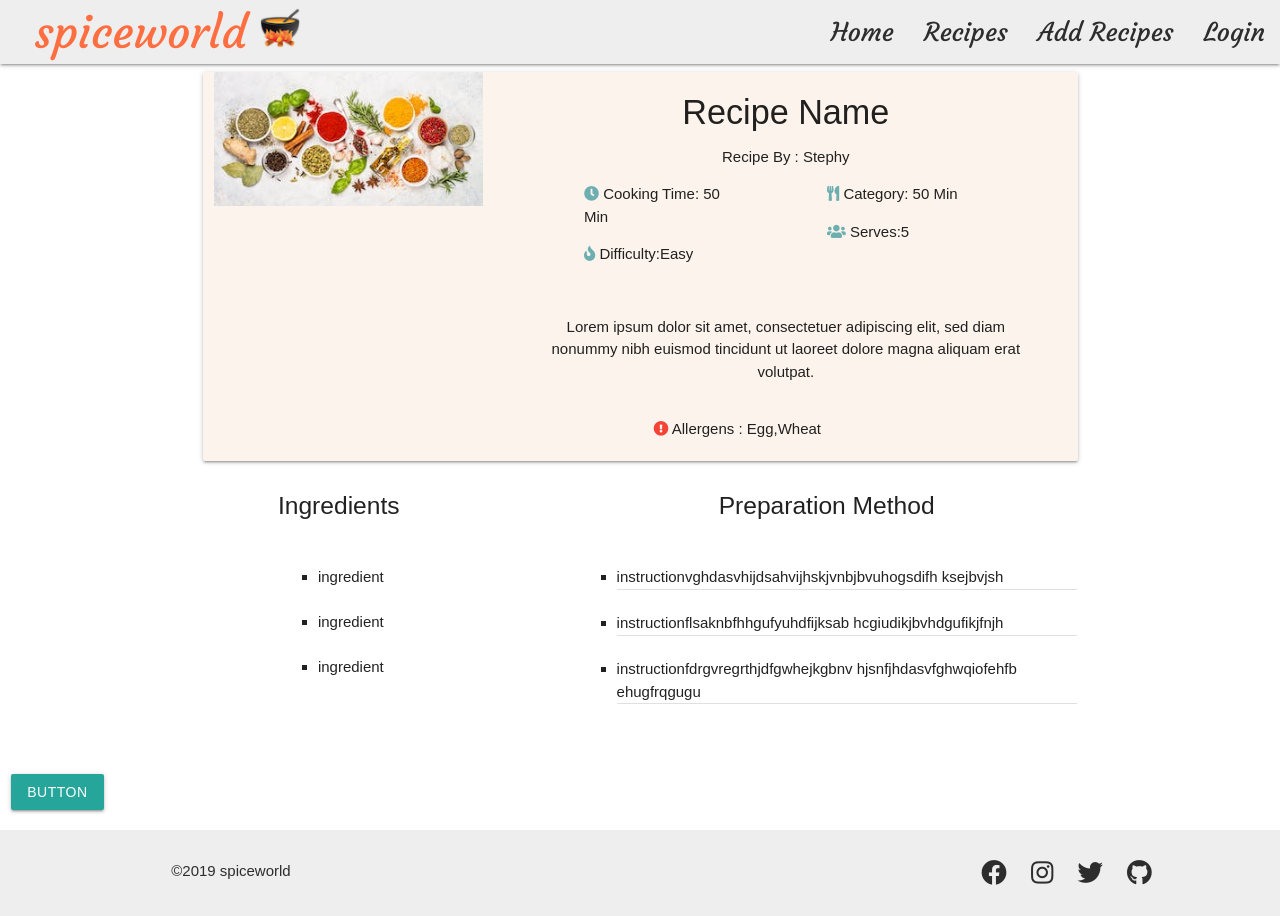
Repository: stephyraju/spiceworld
Page: http://localhost/view_recipes
The author's editor kept a record of every edit. The page is drawn from the files as they stood at one moment, then again after the next edit.
The browser window is 1280 px wide. The pictures show the whole page.
Some web libraries are served in a nearby version. The page is served by the project's application, run on Flask 3 (app.py). Queries for data that is not in the repository find no rows.

Above is the page before.

After the next edit:
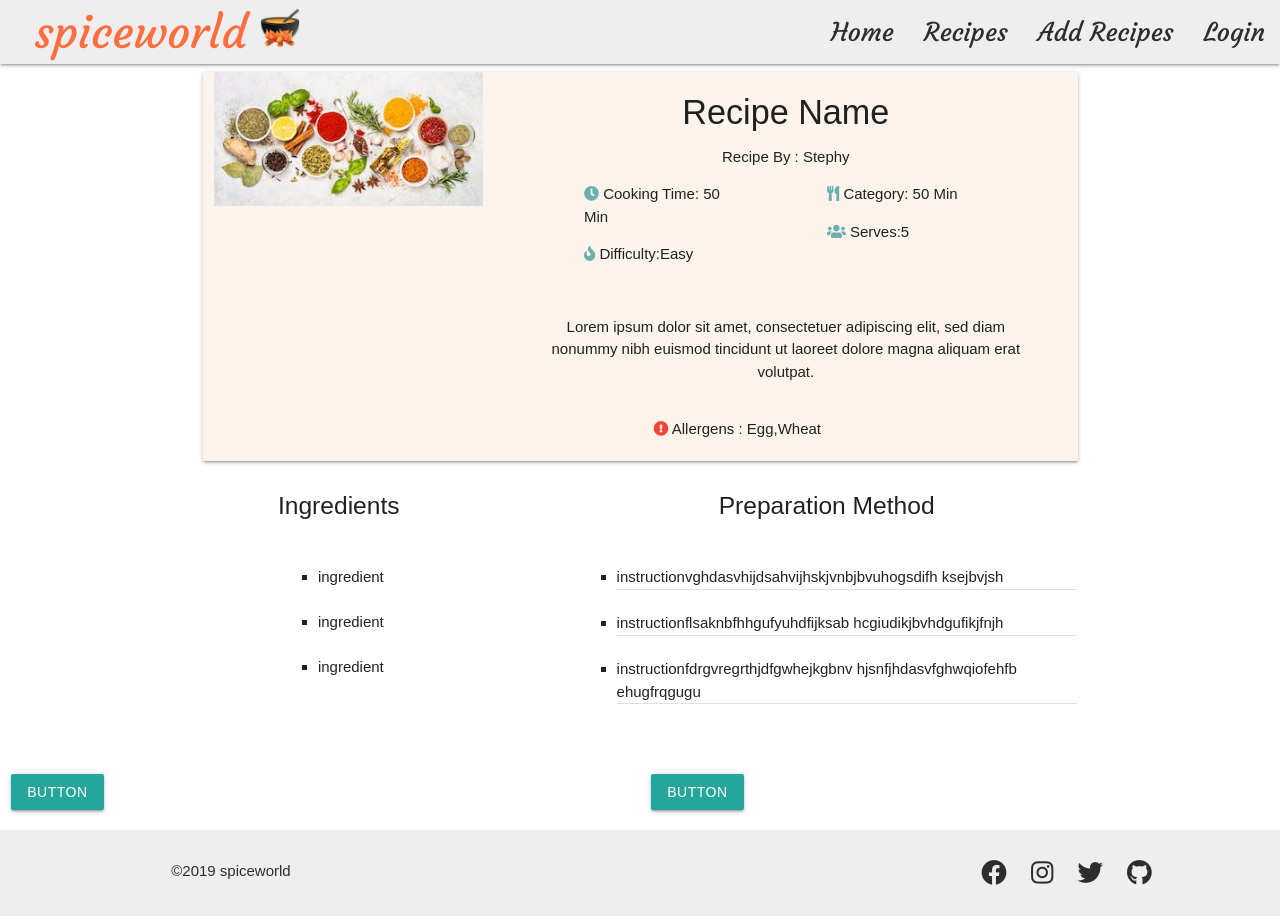
The edit:
--- a/templates/view.html
+++ b/templates/view.html
@@ -116,6 +116,7 @@
 <a class="waves-effect waves-light btn">button</a>
 </div>
 <div class="col s6">
+<a class="waves-effect waves-light btn">button</a>
 </div>
 </div>
 </section>
